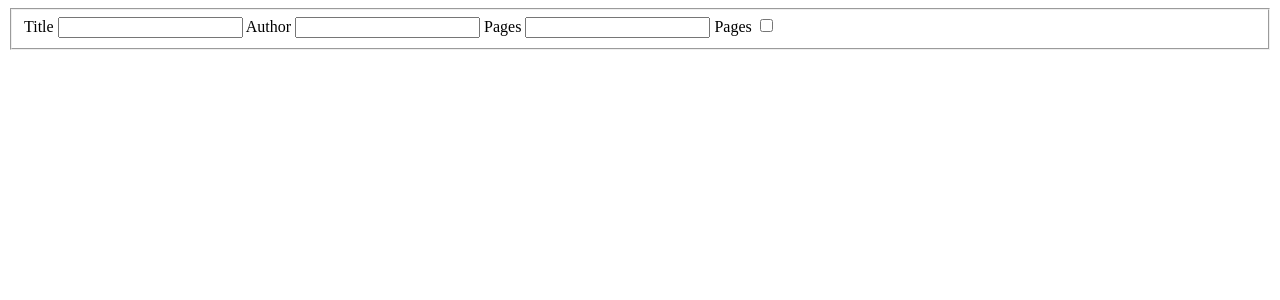
Repository: yeetzpxoci/library
Page: index.html
An editor plug-in stored every save of this project. The page is shown before and after the next save, followed by the edit.
The browser window is 1280 px wide. The pictures show the whole page.

Above is the page before, as saved 2023-02-20 12:56:42.

After the next save:
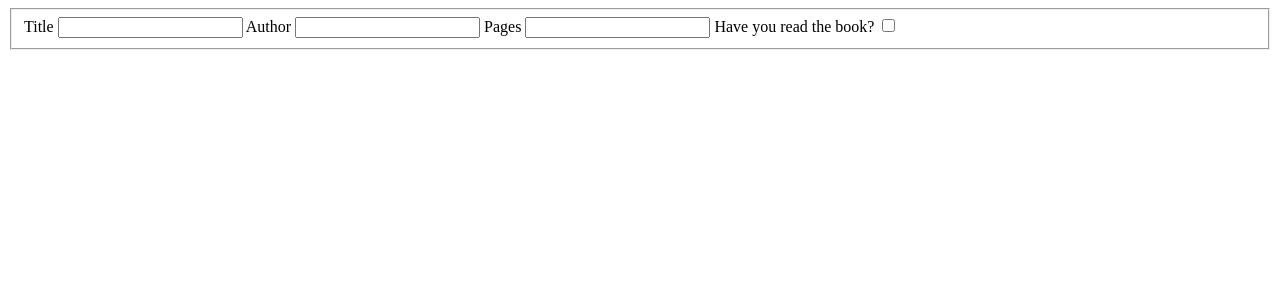
Saved 21 s later.
--- a/index.html
+++ b/index.html
@@ -16,8 +16,8 @@
             <input type="text" name="author" id="author">
             <label for="pages">Pages</label>
             <input type="number" name="pages" id="pages">
-            <label for="pages">Pages</label>
-            <input type="checkbox" name="pages" id="pages">
+            <label for="read">Have you read the book?</label>
+            <input type="checkbox" name="read" id="read">
         </fieldset>
     </form>
 
